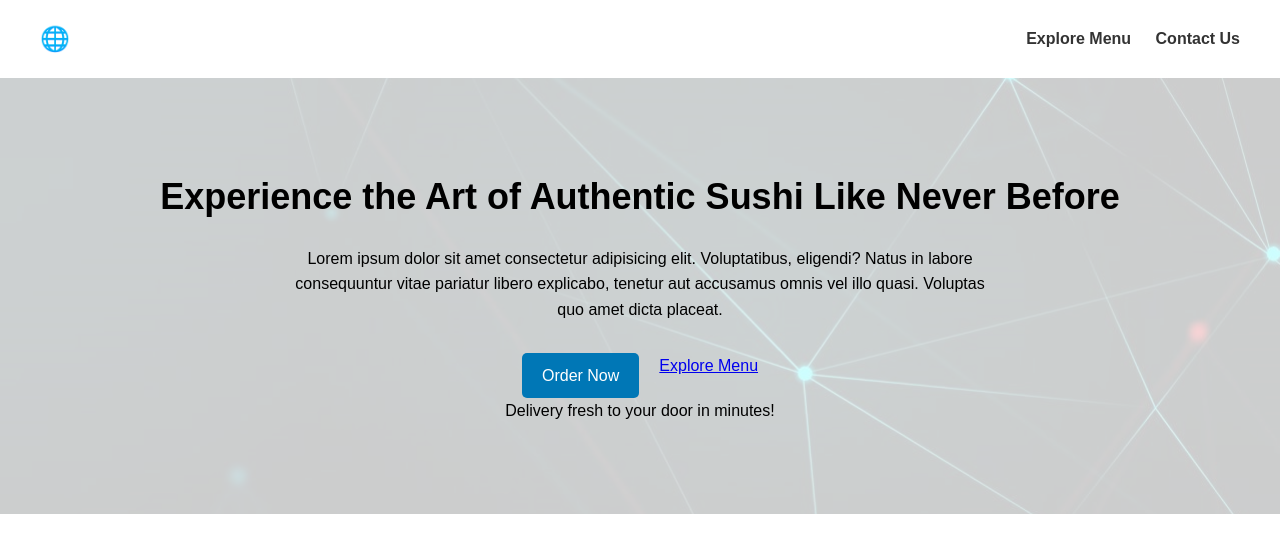
Repository: Femi007-gh/experience
Page: index.html
The author's editor kept a copy of each file at every save. The page is drawn from the files as they stood at one save, then again after a run of saves.
The browser window is 1280 px wide. The pictures show the whole page.

Above is the page before, as saved 2025-01-16 07:05:15.

### index.html
<html>
  <head>
    <title></title>
    <link rel="stylesheet" href="style.css">
  </head>
  <body>
    <header>
      <div class="logo">🌐</div>
      <nav>
        <a href="#">Explore Menu</a>
        <a href="#">Contact Us</a>
      </nav>
    </header>
    <main>
      <section class="hero">
        <h1>Experience the Art of Authentic Sushi Like Never Before</h1>
        <p>Lorem ipsum dolor sit amet consectetur adipisicing elit. Voluptatibus, eligendi? Natus in labore consequuntur vitae pariatur libero explicabo, tenetur aut accusamus omnis vel illo quasi. Voluptas quo amet dicta placeat.</p>
        <div class="cta-buttons">
          <a href="#" class="btn-primary">Order Now</a>
          <a href="#" class="btn-secondary">Explore Menu</a>
        </div>
        <p class="delivery-info">Delivery fresh to your door in minutes!</p>
      </section>
    </main>
  </body>
</html>

### style.css
/* body or * */
body {
  padding: 0;
  margin: 0;
  background-color: white;
  font-family: Arial, Helvetica, sans-serif;
  line-height: 1.6;
}

header {
  display: flex;
  justify-content: space-between;
  align-items: center;
  padding: 20px 40px;
  background-color: #fff;
}

header .logo {
  font-size: 24px;
}

header nav a {
  text-decoration: none;
  margin-left: 20px;
  color: #333;
  font-weight: 600;
}

header nav a:hover {
  color: #0077b6;
}

.hero {
  text-align: center;
  padding: 60px 20px;
  background: #fff url('ART.jpg') no-repeat center;
  background-size: cover;
  position: relative;
}

.hero::before {
  content: "";
  position: absolute;
  top: 0;
  left: 0;
  width: 100%;
  height: 100%;
  background-color: rgba(255, 255, 255, 0.8);
}

.hero h1 {
  font-size: 36px;
  font-weight: 700;
  position: relative;
  margin-bottom: 20px;
}

.hero p {
  max-width: 700px;
  margin: 0 auto 30px;
  position: relative;
}

.cta-buttons {
  display: flex;
  justify-content: center;
  gap: 20px;
  margin-top: 20px;
  position: relative;
}

.btn-primary {
  color: #fff;
  text-decoration: none;
  padding: 10px 20px;
  border-radius: 5px;
  background: #0077b6;
}

.btn-primary:hover {
  background-color: #005f8a;
}

.btn-secondary {
  background:
}

After the next 2 saves:
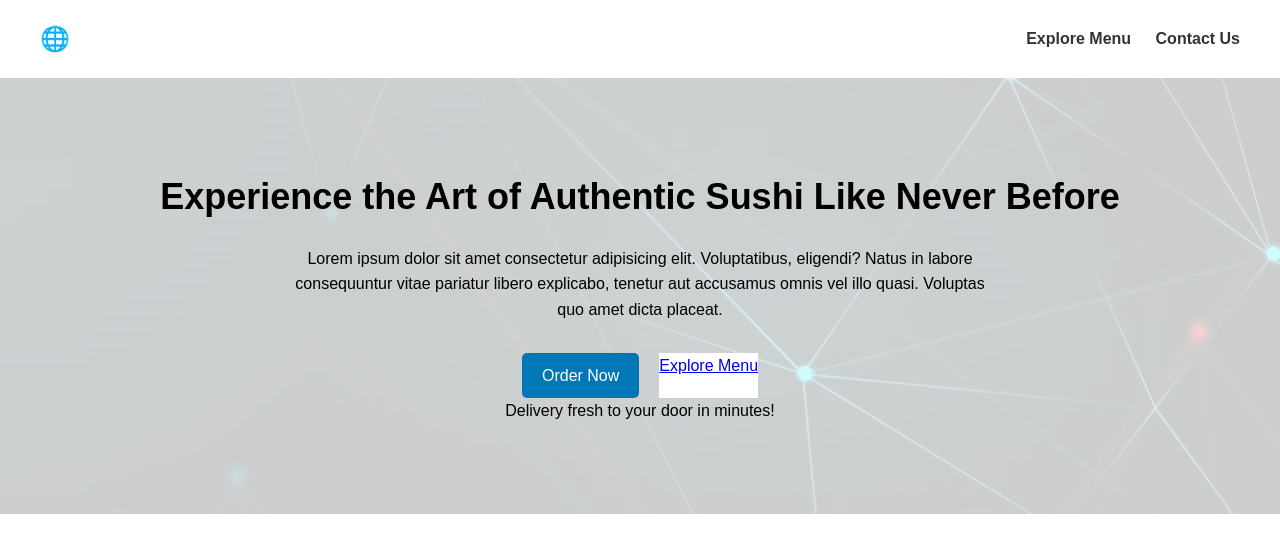
The 2 saves are shown as one change because they came seconds apart.
The last was saved 8 s later.
--- a/style.css
+++ b/style.css
@@ -82,5 +82,5 @@ header nav a:hover {
 }
 
 .btn-secondary {
-  background:
+  background: #fff;
 }
